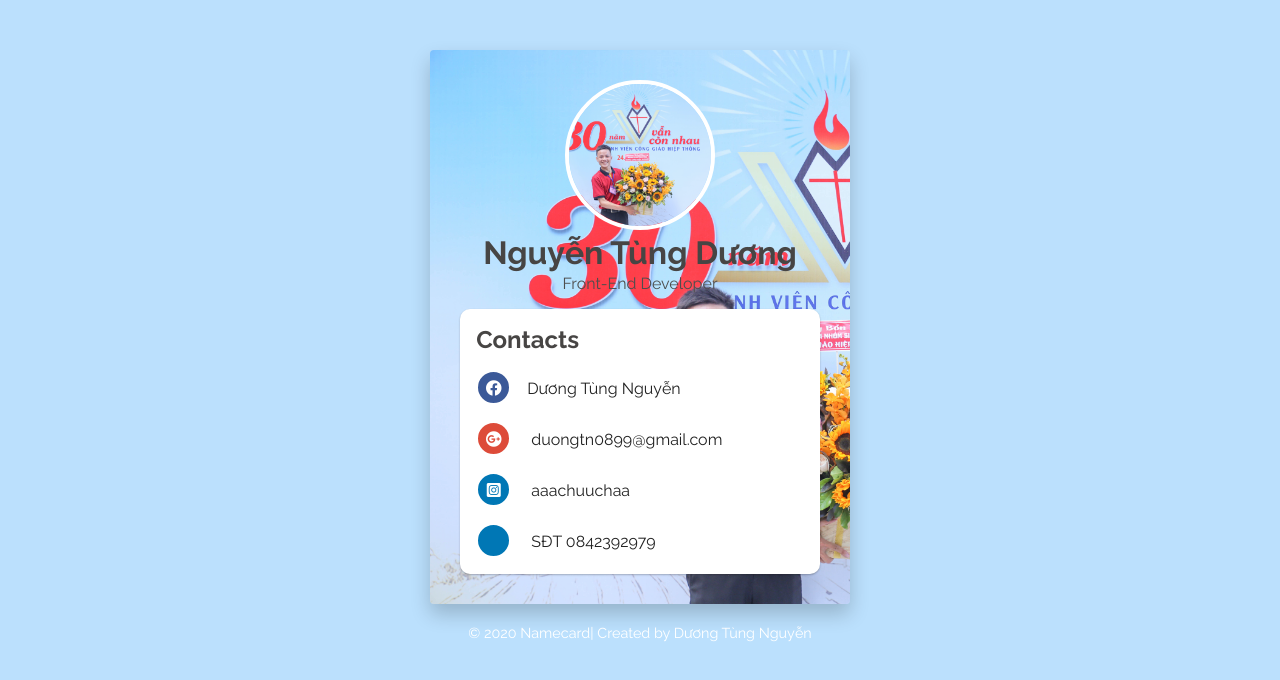
Repository: DuongTungNguyen0899/Card_Duong.github.io
Page: index.html
An editor plug-in stored every save of this project. The page is shown before and after the next save, followed by the edit.
The browser window is 1280 px wide. The pictures show the whole page.

Above is the page before, as saved 2021-06-27 18:42:20.

After the next save:
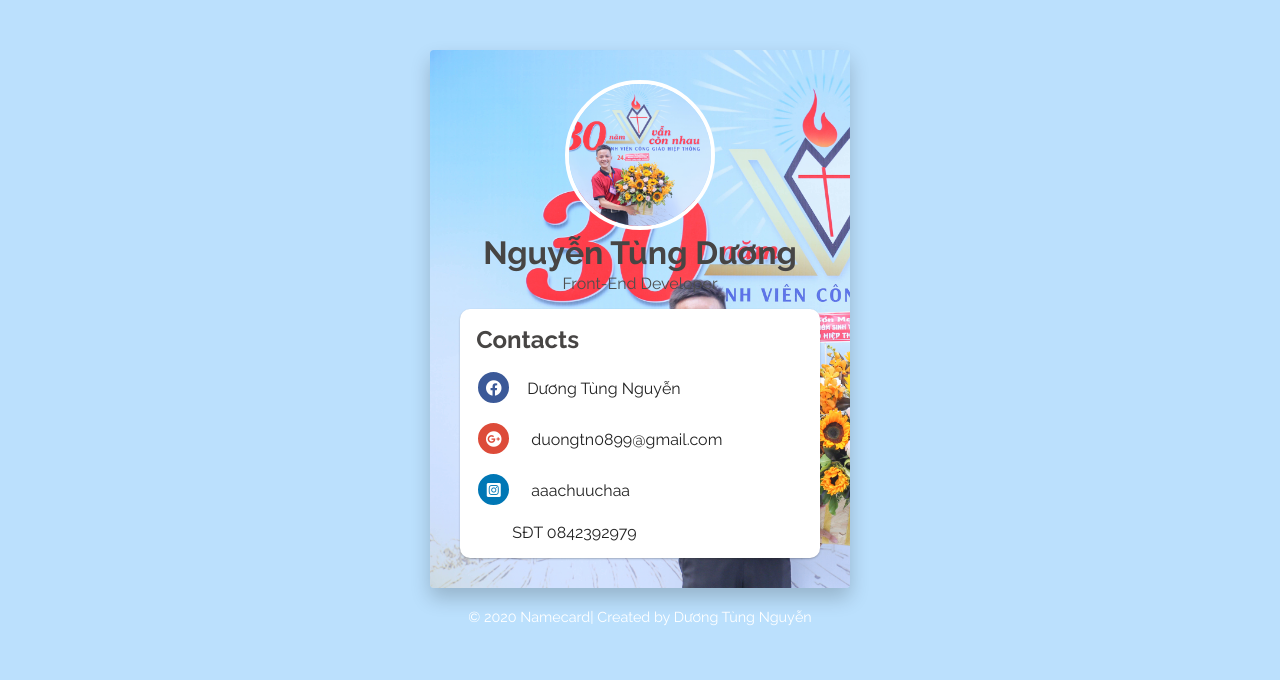
Saved 65 s later.
--- a/index.html
+++ b/index.html
@@ -41,7 +41,7 @@
                         <li><a href="duongtn0899@gmail.com"><i class="fab fa-google-plus" aria-hidden="true"></i> <p>duongtn0899@gmail.com</p></a></li>
                         <!-- <li><a href="#"> <img src="/img/iconfinder_7044033_zalo_icon_512px.png" class="fab fa-zalo" alt=""> <p>Connected To Zalo</p></a></li> -->
 						<li><a href="https://www.instagram.com/aaachuuchaa/"><i class="fab fa-instagram-square"></i> <p>aaachuuchaa</p></a></li>
-						<li><a href="tel: 0842392979"><i class="fab fa-phone-square-alt"></i> <p>SĐT 0842392979</p></a></li>
+						<li><a href="tel: 0842392979"><i class="fab fa-mobile"></i> <p>SĐT 0842392979</p></a></li>
 					</ul>
 				</div>
 			</div>

After the save that followed:
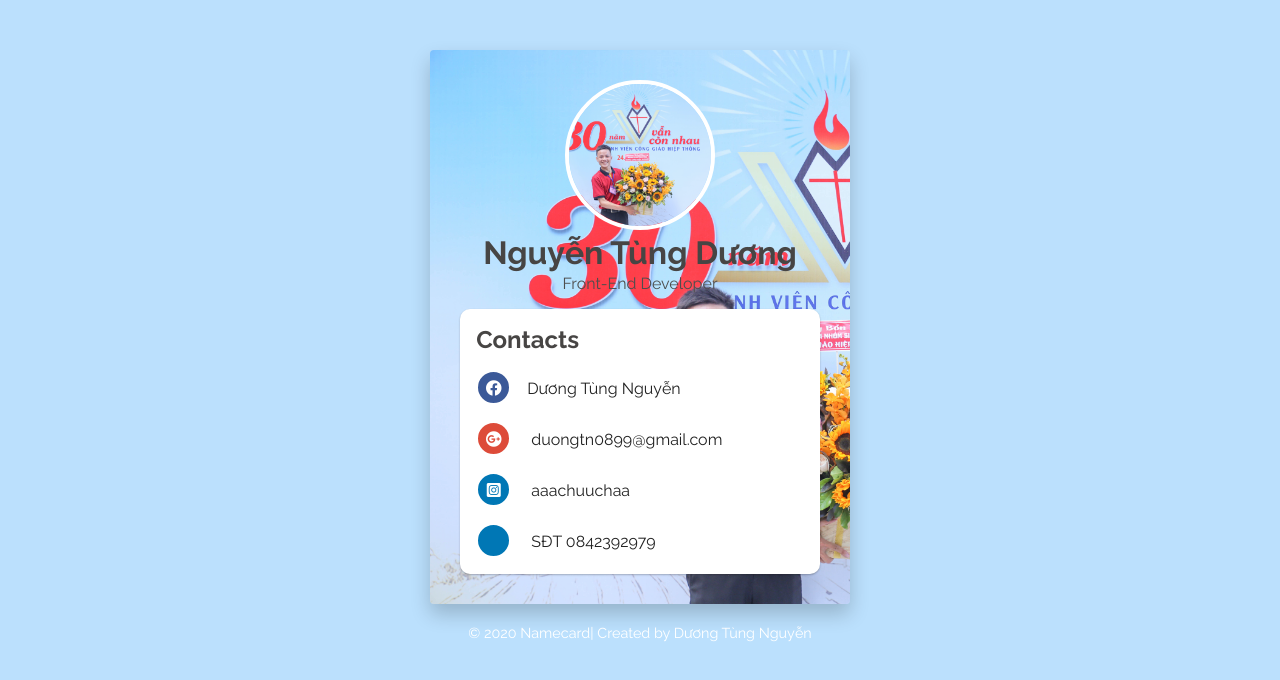
Saved 14 s later.
--- a/css/style.css
+++ b/css/style.css
@@ -131,7 +131,7 @@ h1 {
 	color: #333;
     text-align: center;
 }
-.social ul li a i.fab.fa-facebook,.social ul li a img.fab.fa-zalo,.social ul li a i.fab.fa-instagram-square,.social ul li a i.fab.fa-google-plus,.social ul li a i.fab.fa-phone-square-alt{
+.social ul li a i.fab.fa-facebook,.social ul li a img.fab.fa-zalo,.social ul li a i.fab.fa-instagram-square,.social ul li a i.fab.fa-google-plus,.social ul li a i.fab.fa-mobile{
     height: 35px;
     width: 35px;
     background: none;
@@ -158,7 +158,7 @@ h1 {
 .social ul li a i.fab.fa-instagram-square{
 	background: #0077b5;
 }
-.social ul li a i.fab.fa-phone-square-alt{
+.social ul li a i.fab.fa-mobile{
 	background: #0077b5;
 }
 .social ul li a i.fab.fa-google-plus{
@@ -169,7 +169,7 @@ h1 {
     color: #3b5998;
 	background:none;
 }
-.social ul li a i.fab.fa-phone-square-alt:hover {
+.social ul li a i.fab.fa-mobile:hover {
 	border: solid 2px #3b5998;
     color: #3b5998;
 	background:none;
